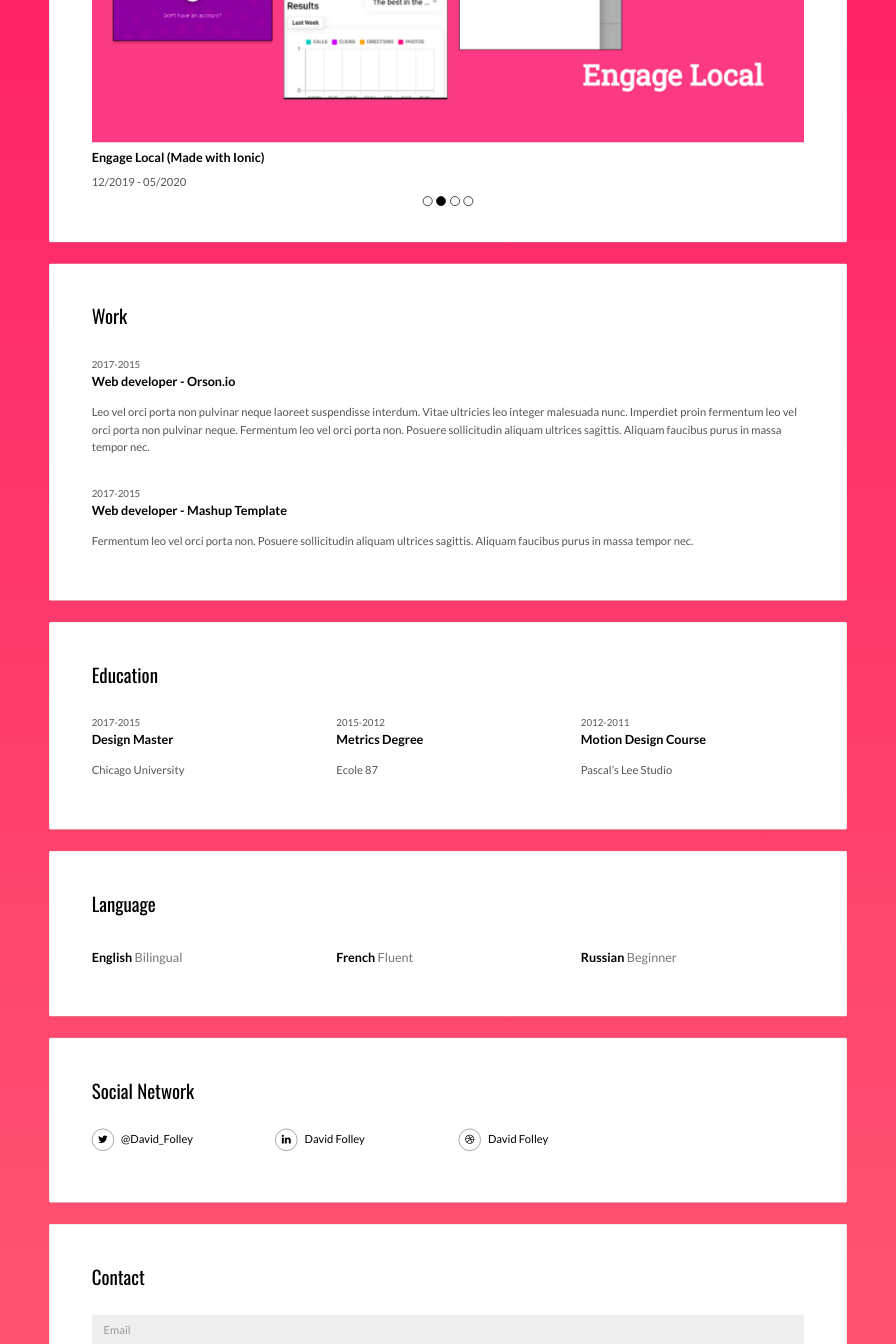
Repository: Ankit-singh7/work_with_ankit.github.io
Page: index.html
An editor plug-in stored every save of this project. The page is shown before and after the next save, followed by the edit.
The browser window is 1280 px wide. The pictures show the part of the page from y = 1406 to 3326 px (the page is 4167 px tall before and 4202 px after), at 70% of full size.
A picture or video elsewhere on the page could not be fetched, so the positions and the page height are approximate.

Above is the page before, as saved 2021-03-03 19:26:39.

### index.html
<!DOCTYPE html>
<html lang="en">

<head>
  <meta charset="UTF-8">
  <meta content="IE=edge" http-equiv="X-UA-Compatible">
  <meta content="width=device-width,initial-scale=1" name="viewport">
  <meta content="description" name="description">
  <meta name="google" content="notranslate" />
  <meta content="Mashup templates have been developped by Orson.io team" name="author">

  <!-- Disable tap highlight on IE -->
  <meta name="msapplication-tap-highlight" content="no">

  <link rel="apple-touch-icon" sizes="180x180" href="./assets/apple-icon-180x180.png">
  <link href="./assets/images/img.jpg" rel="icon">

  <title>PORTFOLIO</title>

 <link href="./main.d8e0d294.css" rel="stylesheet"></head>

<body class="">

<!-- Add your content of header -->
<div class="background-color-layer" style="background-image: url('assets/images/img-01.jpg')"
></div>
<main class="content-wrapper">
  <header class="white-text-container section-container">
    <div class="text-center">
      <h1>I am Ankit Singh</h1>
      <p>Software Developer</p>
      <p>
        <a class="fa-icon fa-icon-2x" href="https://facebook.com/" title="">
          <i class="fa fa-facebook"></i>
        </a>
        <a class="fa-icon fa-icon-2x" href="https://twitter.com/" title="">
          <i class="fa fa-twitter"></i>
        </a>
        <a class="fa-icon fa-icon-2x" href="https://dribbble.com/" title="">
          <i class="fa fa-dribbble"></i>
        </a>
        <a class="fa-icon fa-icon-2x" href="https://www.linkedin.com/" title="">
          <i class="fa fa-linkedin"></i>
        </a>
        <a class="fa-icon fa-icon-2x" href="https://vimeo.com/" title="">
          <i class="fa fa-vimeo"></i>
        </a>
      </p>
    </div>
  </header>



<!-- Add your site or app content here -->

 <div class="container">
   <div class="row">
     <div class="col-xs-12">

        <div class="card">
          <div class="card-block">
            <h2>About me</h2>
            <div class="row">
              <div class="col-md-4">
                <p><img src="./assets/images/img.jpg" class="img-responsive" alt=""></p>
              </div>
              <div class="col-md-8">

              <p>Software Developer with 2+ years of experience in web development and hybrid mobile application development using Angular, Ionic and React Native.</p>
              <p>A technology enthusiast with a keen
                interest in problem solving with years of
                experience in Frontend Development and
                Hybrid Mobile App Development.</p>

              </div>
            </div>
          </div>
        </div>

        <!-- <div class="card">
          <div class="card-block">
            <h2>Projects</h2>
            <div class="row">
              <div class="col-md-4">
                <img src="./assets/images/img-02.jpg" class="img-responsive" alt="">
                <h3 class="h5">Amelia App</h3>
                <p>June 2017</p>
              </div>
              <div class="col-md-4">
                <img src="./assets/images/img-03.jpg" class="img-responsive" alt="">
                <h3 class="h5">Portland</h3>
                <p>March 2017</p>
              </div>
              <div class="col-md-4">
                <img src="./assets/images/img-04.jpg" class="img-responsive" alt="">
                <h3 class="h5">Denz for Nilon</h3>
                <p>Jan 2017</p>
              </div>
            </div>
          </div>
        </div> -->

        <div class="card">
          <div class="card-block">
            <h2>Projects</h2>
            <div id="carousel-example-generic" class="carousel slide" data-ride="carousel">


            <!-- Wrapper for slides -->
            <div class="carousel-inner" role="listbox">
              <div class="item active">
                <img src="./assets/images/ref.png" class="img-responsive" alt="...">
                <div class="carousel-caption">
                  <h3 class="h5">REF App (Made with Ionic)</h3>
                  <p>11/2020 - 03/2021</p>
                </div>
              </div>
              <div class="item">
                <img src="./assets/images/engage.png" class="img-responsive" alt="...">
                <div class="carousel-caption">
                  <h3 class="h5">Engage Local (Made with Ionic)</h3>
                  <p>12/2019 - 05/2020</p>
                </div>
              </div>

              <div class="item">
                <img src="./assets/images/Drag.png" class="img-responsive" alt="...">
                <div class="carousel-caption">
                  <h3 class="h5">Drag & Drop Website Builder (Made with grapesjs)</h3>
                  <p>06/2020 - 03/2021</p>
                </div>
              </div>
              <div class="item">
                <img src="./assets/images/caters.png" class="img-responsive" alt="...">
                <div class="carousel-caption">
                  <h3 class="h5">Caters App (Made with Ionic)</h3>
                  <p>08/2020 - 01/2021</p>
                </div>
              </div>
            </div>

            <!-- Indicators -->
            <ol class="carousel-indicators">
              <li data-target="#carousel-example-generic" data-slide-to="0" class="active"></li>
              <li data-target="#carousel-example-generic" data-slide-to="1"></li>
              <li data-target="#carousel-example-generic" data-slide-to="2"></li>
              <li data-target="#carousel-example-generic" data-slide-to="3"></li>
            </ol>

          </div>
          </div>
        </div>

        <div class="card">
          <div class="card-block">
            <h2>Work</h2>
            <div class="work-experience">
              <small class="date">2017-2015</small>
              <h3 class="h5 date-title">Web developer - <a href="http://en.orson.io" title="Create professionnal website">Orson.io</a></h3>


              <p>Leo vel orci porta non pulvinar neque laoreet suspendisse interdum. Vitae ultricies leo integer malesuada nunc. Imperdiet proin fermentum leo vel orci porta non pulvinar neque. Fermentum leo vel orci porta non. Posuere sollicitudin aliquam ultrices sagittis. Aliquam faucibus purus in massa tempor nec.</p>
            </div>

            <div class="work-experience">
              <small class="date">2017-2015</small>
              <h3 class="h5 date-title">Web developer - <a href="http://mashup-template.com" title="">Mashup Template</a></h3>

              <p>Fermentum leo vel orci porta non. Posuere sollicitudin aliquam ultrices sagittis. Aliquam faucibus purus in massa tempor nec.</p>
            </div>
          </div>
        </div>


        <div class="card">
          <div class="card-block">
            <h2>Education</h2>
            <div class="row">
              <div class="col-md-4">
                <div class="education-experience">
                  <small class="date">2017-2015</small>
                  <h3 class="h5 date-title">Design Master</h3>
                  <p>Chicago University</p>
                </div>

              </div>
              <div class="col-md-4">
                <div class="education-experience">
                  <small class="date">2015-2012</small>
                  <h3 class="h5 date-title">Metrics Degree</h3>
                  <p>Ecole 87</p>
                </div>
              </div>
              <div class="col-md-4">
                <div class="education-experience">
                  <small class="date">2012-2011</small>
                  <h3 class="h5 date-title">Motion Design Course</h3>
                  <p>Pascal’s Lee Studio</p>
                </div>
              </div>
            </div>
          </div>
        </div>

        <div class="card">
          <div class="card-block">
            <h2>Language</h2>
            <div class="row">
              <div class="col-md-4">
                <div class="language-experience">
                  <h3 class="h5">English  <small>Bilingual</small></h3>
                </div>
              </div>
              <div class="col-md-4">
                <div class="language-experience">
                  <h3 class="h5">French  <small>Fluent</small></h3>
                </div>
              </div>
              <div class="col-md-4">
                <div class="language-experience">
                  <h3 class="h5">Russian  <small>Beginner</small></h3>
                </div>
              </div>
            </div>
          </div>
        </div>



        <div class="card">
          <div class="card-block">
            <h2>Social Network</h2>
            <div class="row">
              <div class="col-md-3">
                <p class="social-buttons"><a href="https://twitter.com/" title=""><span class="social-round-icon fa-icon"><i class="fa fa-twitter"></i></span>@David_Folley</a></p>
              </div>
              <div class="col-md-3">
                <p class="social-buttons"><a href="https://www.linkedin.com/" title=""><span class="social-round-icon fa-icon"><i class="fa fa-linkedin"></i></span>David Folley</a></p>
              </div>
              <div class="col-md-3">
                <p class="social-buttons"><a href="https://dribbble.com/" title=""><span class="social-round-icon fa-icon"><i class="fa fa-dribbble"></i></span>David Folley</a></p>
              </div>
            </div>
          </div>
        </div>

        <div class="card">
          <div class="card-block">
            <h2>Contact</h2>
            <form action="" class="reveal-content">
              <div class="form-group">
                <input type="email" class="form-control" id="email" placeholder="Email">
              </div>
              <div class="form-group">
                <input type="text" class="form-control" id="subject" placeholder="Subject">
              </div>
              <div class="form-group">
                <textarea class="form-control" rows="5" placeholder="Enter your message"></textarea>
              </div>
              <div class="form-group">
                <button type="submit" class=" btn btn-primary">Send message</button>
              </div>
            </form>
          </div>
        </div>

     </div>
   </div>
 </div>

</main>
<footer class="footer-container white-text-container text-center">
  <div class="container">
    <div class="row">
      <div class="col-xs-12">
        <p><img src="./assets/images/mashup-icon.svg" alt=""></p>

        <p>©All right reserved. Design <a href="http://www.mashup-template.com/" title="Create website with free html template">Mashup Template</a>/<a href="https://unsplash.com/" title="Beautiful Free Images">Unsplash</a></p>
        <p>
          <a class="fa-icon fa-icon-2x" href="https://facebook.com/" title="">
            <i class="fa fa-facebook"></i>
          </a>
          <a class="fa-icon fa-icon-2x" href="https://twitter.com/" title="">
            <i class="fa fa-twitter"></i>
          </a>
          <a class="fa-icon fa-icon-2x" href="https://dribbble.com/" title="">
            <i class="fa fa-dribbble"></i>
          </a>
          <a class="fa-icon fa-icon-2x" href="https://www.linkedin.com/" title="">
            <i class="fa fa-linkedin"></i>
          </a>
          <a class="fa-icon fa-icon-2x" href="https://vimeo.com/" title="">
            <i class="fa fa-vimeo"></i>
          </a>
        </p>
      </div>
    </div>
  </div>
</footer>

<script>
  document.addEventListener("DOMContentLoaded", function (event) {
     scrollRevelation('.card');
  });
</script>
<!-- Google Analytics: change UA-XXXXX-X to be your site's ID

<script>
  (function (i, s, o, g, r, a, m) {
    i['GoogleAnalyticsObject'] = r; i[r] = i[r] || function () {
      (i[r].q = i[r].q || []).push(arguments)
    }, i[r].l = 1 * new Date(); a = s.createElement(o),
      m = s.getElementsByTagName(o)[0]; a.async = 1; a.src = g; m.parentNode.insertBefore(a, m)
  })(window, document, 'script', '//www.google-analytics.com/analytics.js', 'ga');
  ga('create', 'UA-XXXXX-X', 'auto');
  ga('send', 'pageview');
</script>

--><script type="text/javascript" src="./main.bc58148c.js"></script></body>

</html>

Loaded but not shown: main.d8e0d294.css (library); main.bc58148c.js (library)

After the next save:
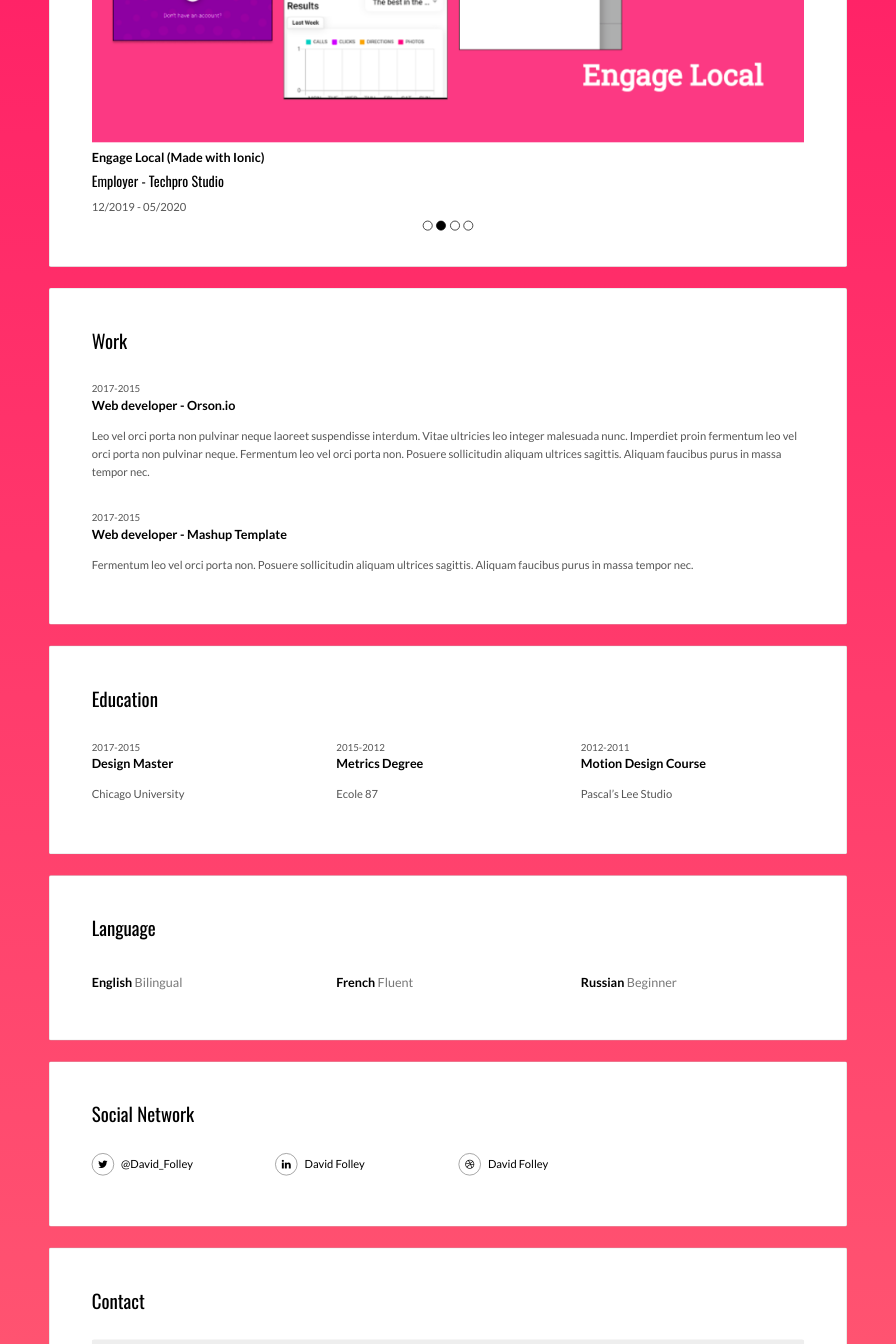
Saved 4 min 26 s later.
--- a/index.html
+++ b/index.html
@@ -112,6 +112,7 @@
                 <img src="./assets/images/ref.png" class="img-responsive" alt="...">
                 <div class="carousel-caption">
                   <h3 class="h5">REF App (Made with Ionic)</h3>
+                  <h4>Employer - Techpro Studio</h4>
                   <p>11/2020 - 03/2021</p>
                 </div>
               </div>
@@ -119,6 +120,7 @@
                 <img src="./assets/images/engage.png" class="img-responsive" alt="...">
                 <div class="carousel-caption">
                   <h3 class="h5">Engage Local (Made with Ionic)</h3>
+                  <h4>Employer - Techpro Studio</h4>
                   <p>12/2019 - 05/2020</p>
                 </div>
               </div>
@@ -127,6 +129,7 @@
                 <img src="./assets/images/Drag.png" class="img-responsive" alt="...">
                 <div class="carousel-caption">
                   <h3 class="h5">Drag & Drop Website Builder (Made with grapesjs)</h3>
+                  <h4>Employer - Techpro Studio</h4>
                   <p>06/2020 - 03/2021</p>
                 </div>
               </div>
@@ -134,6 +137,7 @@
                 <img src="./assets/images/caters.png" class="img-responsive" alt="...">
                 <div class="carousel-caption">
                   <h3 class="h5">Caters App (Made with Ionic)</h3>
+                  <h4>Employer - Techpro Studio</h4>
                   <p>08/2020 - 01/2021</p>
                 </div>
               </div>
